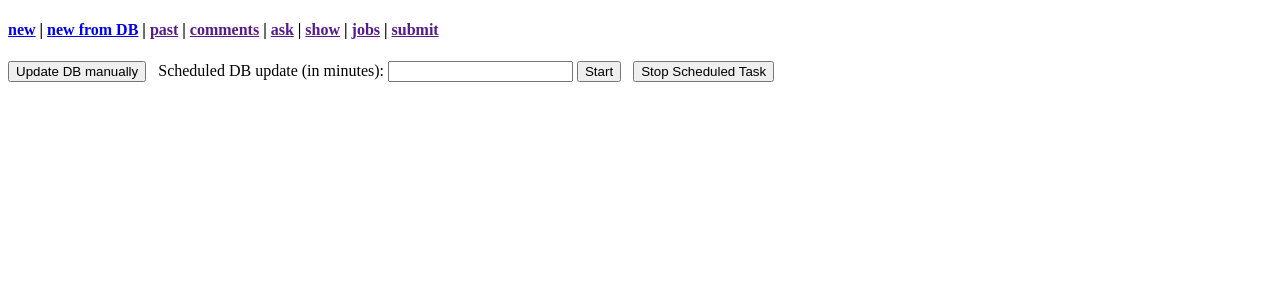
Repository: akshatmaheshwar/HackerNews-Clone
Page: http://localhost/HackerNews/dbnewest
An editor plug-in stored every save of this project. The page is shown before and after the next save, followed by the edit.
The browser window is 1280 px wide. The pictures show the whole page.
The page is served by Tomcat 10. Queries for data that is not in the repository find no rows.

Above is the page before, as saved 2023-10-12 12:08:28.

After the next save:
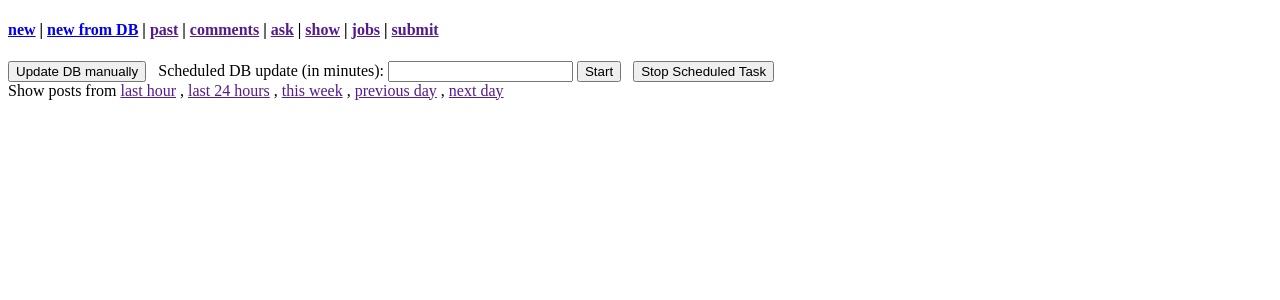
Saved 38 min 4 s later.
--- a/HackerNews/src/main/webapp/newest.jsp
+++ b/HackerNews/src/main/webapp/newest.jsp
@@ -43,6 +43,9 @@ if(request.getAttribute("pagination")!=null)startNo = (int)request.getAttribute(
         <input type="submit" value="Start">
     </form> &nbsp; &nbsp;
     <form action="stopscheduledservlet" method="post"><input type="submit" value="Stop Scheduled Task"></form></div>
+
+
+    <div>Show posts from <a href = "">last hour</a> , <a href = "">last 24 hours</a> , <a href = "">this week</a> , <a href = "">previous day</a> , <a href = "">next day</a></div>
 <ol start = <%=startNo%>>
      <%
     ArrayList<Posts> postList = (ArrayList<Posts>)request.getAttribute("postList");
